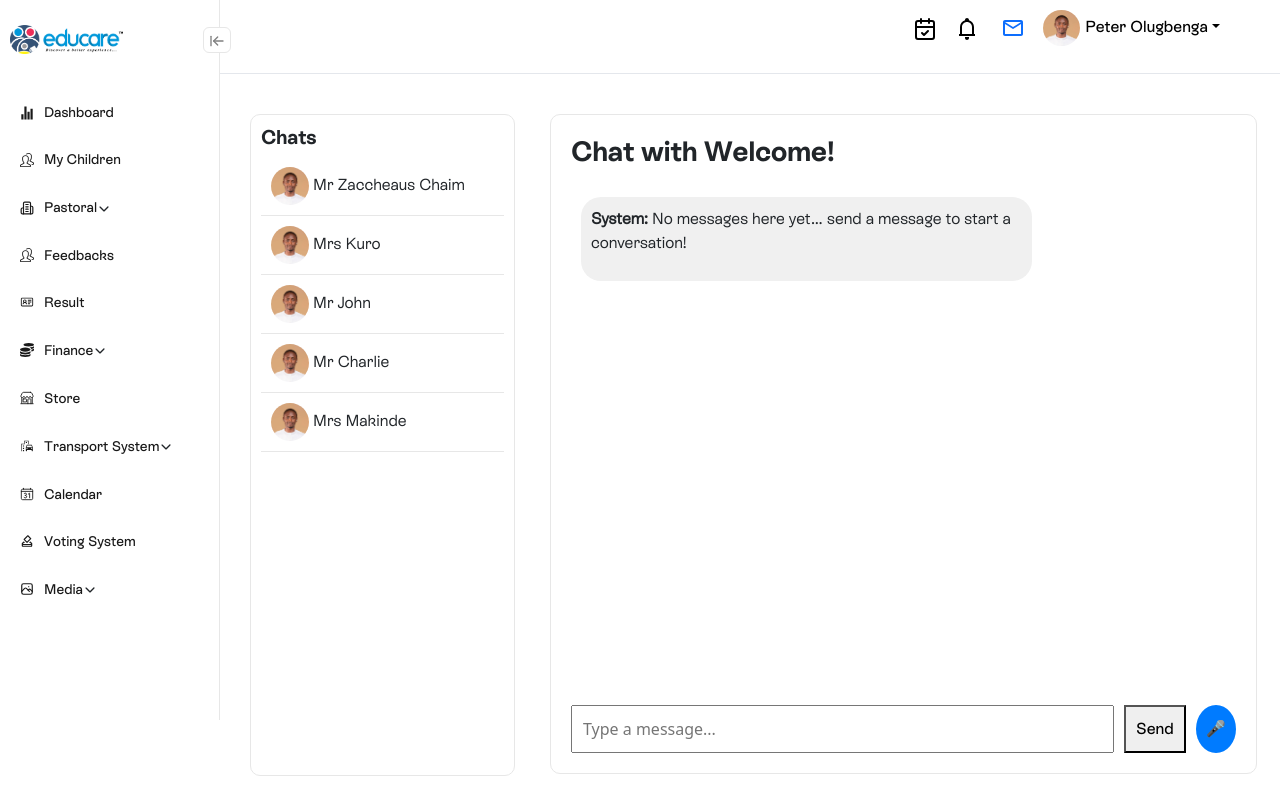
Repository: sarahnnanyelugo/educare-dashboards
Page: /chat-interface
The author's editor kept a copy of each file at every save. The page is drawn from the files as they stood at one save, then again after the next save.
The browser window is 1280 px wide. The pictures show the whole page.
The project was rebuilt for these pictures with package versions that can differ from the ones it lists, and the page was loaded fresh each time. Also part of the build but not shown: src/Dashboards/Parents/Feedbacks/feedbacks.scss, src/components/AppTable/table.scss, src/components/AppTable/AppTable.js, src/Utils/DataUtils.js, src/components/Select/select.scss, src/components/Select/Select.js, src/components/Search/search.scss, src/components/Search/Search.js and 50 more.

Above is the page before, as saved 2024-11-27 12:56:48.

### src/App.js
import logo from "./logo.svg";
import "./App.scss";
import "bootstrap/dist/css/bootstrap.min.css";
import { BrowserRouter, Routes, Route, Link, Outlet } from "react-router-dom";
import { ParentsLayout } from "./Layouts/ParentsLayout";
import { MainNews } from "./pages/NewsPage/MainNews/MainNews";
import { NewsPage } from "./pages/NewsPage/NewsPage";
function App() {
  return (
    <>
      {" "}
      <Routes>
        <Route path="/*" element={<ParentsLayout />} />{" "}
        <Route path="news-page" element={<NewsPage />} />
        <Route path="main-news/:blog_id" element={<MainNews />} />
      </Routes>
    </>
  );
}

export default App;

### src/App.scss
.App-link {
  color: #61dafb;
}

@keyframes App-logo-spin {
  from {
    transform: rotate(0deg);
  }
  to {
    transform: rotate(360deg);
  }
}
@font-face {
  font-family: rebondG;
  src: url(./assets/fonts/Rebond_font/RebondG.otf);
}
@font-face {
  font-family: rebondG-Bold;
  src: url(./assets/fonts/Rebond_font/RebondG-Bold.otf);
}
@font-face {
  font-family: rebondG-Semi-Bold;
  src: url(./assets/fonts/Rebond_font/Rebond-semibold.otf);
}
@font-face {
  font-family: rebondG-Medium;
  src: url(./assets/fonts/Rebond_font/RebondGrotesqueMedium.otf);
}
@font-face {
  font-family: rebondBook;
  src: url(./assets/fonts/Rebond_font/RebondG-Book.ttf);
}
@font-face {
  font-family: rebondLight;
  src: url(./assets/fonts/Rebond_font/RebondGLight.otf);
}
@font-face {
  font-family: rebondMI;
  src: url(./assets/fonts/Rebond_font/RebondGrotesqueMediumitalic.otf);
}
p,
small,
link {
  font-family: rebondBook;
}
h1,
h2,
h3,
h4,
h5,
h6 {
  font-family: rebondG-Bold;
}
a {
  font-family: rebondG-Medium;
  text-decoration: none !important;
}
.card {
  border: 1px solid #e7e7e7 !important;
  border-radius: 10px !important;
}
select {
  border: none;
  background: #fff;
  padding: 7px;
  border-radius: 10px;
  width: 95%;
  font-size: 14px !important;
  font-family: rebondBook !important;
}
hr {
  border: solid 1px #c0bebe !important;
}
.app-btn {
  margin-top: 30px;
  border: solid 1px #e7e7e7;
  border-radius: 36px;
  background: #0098da;
  color: #fff;
  font-family: rebondBook;
  padding: 5px 20px;
  margin-left: 10px;
}
button {
  font-family: rebondG-Medium !important;
}
.page-session {
  border: solid 1px #e7e7e7;
  padding: 20px;
  border-radius: 10px;
  margin-top: 30px;
}

### src/Layouts/ParentsLayout.js
import React from "react";
import { Routes, Route, Navigate } from "react-router-dom";
import { TopNav } from "../components/TopNav/TopNav";
import Feedbacks from "../Dashboards/Parents/Feedbacks/Feedbacks";
import { MainView } from "../Dashboards/Parents/MainView/MainView";
import { MyChildren } from "../Dashboards/Parents/MyChildren/MyChildren";
import ExeatRequests from "../Dashboards/Parents/Pastoral/ExeatRequests";
import HostelReport from "../Dashboards/Parents/Pastoral/HostelReport";
import PastoralReport from "../Dashboards/Parents/Pastoral/PastoralReport";
import { Result } from "../Dashboards/Parents/Result/Result";
import { SideNav } from "../components/SideNav/SideNav";
import { Wallet } from "../Dashboards/Parents/Finance/Wallet";
import { PocketMoney } from "../Dashboards/Parents/Finance/PocketMoney";
import { Invoices } from "../Dashboards/Parents/Finance/Invoices";
import { TransactionHistory } from "../Dashboards/Parents/Finance/TransactionHistory";
import { Store } from "../Dashboards/Parents/Store/Store";
import Event from "../Dashboards/Parents/Calendar/Calendar";
import { VotingSystem } from "../Dashboards/Parents/VotingSystem/VotingSystem";
import { TransportSystem } from "../Dashboards/Parents/TransportSystem/TransportSystem";
import PhotoJournal from "../Dashboards/Parents/Media/PhotoJournals";
import TaggedPost from "../Dashboards/Parents/Media/TaggedPost";
import ChatInterface from "../components/TopNav/ChatInterface/ChatInterface";
export const ParentsLayout = () => {
  return (
    <>
      <div className="d-md-flex">
        <div className="col-md-">
          <SideNav />
        </div>
        <div className="container-fluid" style={{ padding: "0px 0px" }}>
          <TopNav />
          <Routes>
            <Route path="/" element={<MainView />} />{" "}
            <Route path="/my-children" element={<MyChildren />} />{" "}
            <Route path="/result" element={<Result />} />{" "}
            <Route path="/feedbacks" element={<Feedbacks />} />{" "}
            <Route path="/pastoral-report" element={<PastoralReport />} />{" "}
            <Route path="/exeat-requests" element={<ExeatRequests />} />{" "}
            <Route path="/hostel-report" element={<HostelReport />} />{" "}
            <Route path="/wallet" element={<Wallet />} />{" "}
            <Route path="/pocket-money" element={<PocketMoney />} />{" "}
            <Route path="/invoices" element={<Invoices />} />{" "}
            <Route path="/store" element={<Store />} />{" "}
            <Route path="/calendar" element={<Event />} />{" "}
            <Route path="/chat-interface" element={<ChatInterface />} />{" "}
            <Route
              path="/transaction-history"
              element={<TransactionHistory />}
            />{" "}
            <Route path="/voting-system" element={<VotingSystem />} />{" "}
            <Route path="/transport-system" element={<TransportSystem />} />{" "}
            <Route path="/photo-journals" element={<PhotoJournal />} />{" "}
            <Route path="/tagged-posts" element={<TaggedPost />} />{" "}
          </Routes>
        </div>
      </div>
    </>
  );
};

### src/components/TopNav/TopNav.js
import React from "react";
import "./top-nav.scss";
import { LuCalendarCheck } from "react-icons/lu";
import { CgBell } from "react-icons/cg";
import { MdOutlineEmail } from "react-icons/md";
import Container from "react-bootstrap/Container";
import Nav from "react-bootstrap/Nav";
import Navbar from "react-bootstrap/Navbar";
import Icon5 from "../../assets/images/peter.png";
import { FaRegUser } from "react-icons/fa";

import Dropdown from "react-bootstrap/Dropdown";
import { IoIosLogOut } from "react-icons/io";
import { Link } from "react-router-dom";

export const TopNav = () => {
  return (
    <div className="top-nav-container">
      <ul className="list-inline">
        <li className="list-inline-item">
          <div className="profile-drop profile-drop2">
            <Dropdown>
              <Dropdown.Toggle>
                <LuCalendarCheck style={{ fontSize: "24px" }} />
              </Dropdown.Toggle>

              <Dropdown.Menu>
                <Dropdown.Item href="/dashboard-selector">
                  <h6>Unapproved Results</h6>
                </Dropdown.Item>
                <hr />
              </Dropdown.Menu>
            </Dropdown>
          </div>
        </li>
        <li className="list-inline-item">
          <div className="profile-drop profile-drop2">
            <Dropdown>
              <Dropdown.Toggle>
                <CgBell style={{ fontSize: "24px" }} />
              </Dropdown.Toggle>

              <Dropdown.Menu>
                <Dropdown.Item href="/dashboard-selector">
                  <h6>Notifications</h6>
                </Dropdown.Item>
                <hr />
              </Dropdown.Menu>
            </Dropdown>
          </div>
        </li>{" "}
        <li className="list-inline-item">
          <Link to={"/chat-interface"}>
            {" "}
            <MdOutlineEmail style={{ fontSize: "24px" }} />
          </Link>
        </li>
        <li className="list-inline-item">
          <div className="profile-drop">
            <Dropdown>
              <Dropdown.Toggle>
                <img src={Icon5} width="37px" />
                Peter Olugbenga
              </Dropdown.Toggle>

              <Dropdown.Menu>
                <Dropdown.Item href="/dashboard-selector">
                  <h6> Peter Olugbenga</h6>
                  <small>olasunkanifiness@gmail.com</small>
                </Dropdown.Item>
                <hr />
                <Dropdown.Item>
                  <FaRegUser style={{ marginRight: "10px" }} />
                  Profile
                </Dropdown.Item>
                <Dropdown.Item>
                  <IoIosLogOut style={{ marginRight: "10px" }} />
                  Sign out
                </Dropdown.Item>
              </Dropdown.Menu>
            </Dropdown>
          </div>
        </li>
      </ul>
    </div>
  );
};

### src/components/TopNav/ChatInterface/ChatInterface.js
import React, { useState } from "react";
import { ChatWindow } from "./ChatWindow";
import Contacts from "./Contacts";
import { contacts, messages } from "../../../TestData/chatContactData";

const ChatInterface = () => {
  const [selectedContactId, setSelectedContactId] = useState(null);

  // Default message for when no contact is selected
  const defaultMessages = [
    {
      sender: "System",
      text: "No messages here yet… send a message to start a conversation!",
    },
  ];

  const currentMessages = selectedContactId
    ? messages[selectedContactId]
    : defaultMessages;
  const currentContactName = selectedContactId
    ? contacts.find((c) => c.id === selectedContactId).name
    : "Welcome!";

  return (
    <div className="chat-interface">
      <Contacts
        contacts={contacts}
        onSelectContact={setSelectedContactId}
        activeContactId={selectedContactId}
      />
      <ChatWindow
        messages={currentMessages}
        selectedContact={currentContactName}
      />
    </div>
  );
};

export default ChatInterface;

### src/components/TopNav/top-nav.scss
.top-nav-container {
  height: 74px;
  border-bottom: solid 1px #e4e7ec;
  //   padding-top: 20px;
  padding-right: 50px;
  ul {
    float: right;
    li {
      margin: 10px;
    }
  }
  .profile-drop {
    .btn {
      padding: 0;
      background: #fff !important;
      border: none !important;
      color: #000;
      font-family: rebondG-Medium;
      font-size: 16px;
      img {
        border-radius: 100%;
        margin-right: 5px;
      }
    }
    .dropdown-menu {
      border: solid 1px #d0d5dd;
      font-family: montM;
      box-shadow: 0px 1px 3px #1018281a;
      border: 1px solid #e4e7ec;
      border-radius: 10px;
      min-height: 150px;
      width: 230px !important;
      padding: 5px 10px;
      font-size: 14px;
      a {
        padding: 10px;
      }
      h6 {
        margin-bottom: 0;
      }
      small {
        color: #9d9ea1;
        font-size: 12px;
      }
      hr {
        border: solid 1px #d0d5dd;
        margin-top: 0;
        margin-bottom: 0;
      }
    }
  }
}
.profile-drop2 {
  .dropdown-toggle::after {
    display: none;
  }
}

### src/components/SideNav/SidebarData.js
import React from "react";
import * as FaIcons from "react-icons/fa";
import * as AiIcons from "react-icons/ai";
import * as IoIcons from "react-icons/io";

export const SidebarData = [
  {
    name: "Dashboard",
    icon: "IoStatsChartSharp",
    url: "/",
  },
  {
    name: "My Children",
    icon: "SlPeople",
    url: "/my-children",
  },
  {
    name: "Pastoral",
    icon: "LuBuilding2",
    url: "/pastoral",
    accordion: true,
    accordionContent: [
      { name: "Pastoral Report", url: "/pastoral-report" },
      { name: "Exeat Requests", url: "/exeat-requests" },
      { name: "Hostel Report", url: "/hostel-report" },
    ],
  },
  {
    name: "Feedbacks",
    icon: "SlPeople",
    url: "/feedbacks",
  },
  {
    name: "Result",
    icon: "LiaIdCardSolid",
    url: "/result",
  },
  {
    name: "Finance",
    icon: "FaCoins",
    url: "/finance",
    accordion: true,
    accordionContent: [
      { name: "Wallet", url: "/wallet" },
      { name: "Pocket Money", url: "/pocket-money" },
      { name: "Invoices", url: "/invoices" },
      { name: "Transaction History", url: "/transaction-history" },
    ],
  },
  {
    name: "Store",
    icon: "IoStorefrontOutline",
    url: "/store",
  },
  {
    name: "Transport System",
    icon: "MdOutlineEmojiTransportation",
    accordion: true,
    accordionContent: [
      { name: "Bus", url: "/transport-system" },
      { name: "Pickup", url: "/pickup" },
    ],
  },
  {
    name: "Calendar",
    icon: "IoCalendarNumberOutline",
    url: "/calendar",
  },
  {
    name: "Voting System",
    icon: "MdOutlineHowToVote",
    url: "/voting-system",
  },
  {
    name: "Media",
    icon: "TbPhoto",

    accordion: true,
    accordionContent: [
      { name: "Photo Journals", url: "/photo-journals" },
      { name: "Tagged Posts", url: "/tagged-posts" },
    ],
  },
];

### src/components/SideNav/side-nav.scss
.side-nav-div {
  background: rgb(255, 255, 255);
  padding: 0 !important;

  .nav-inner {
    padding: 25px 5px 5px 10px;
    display: flex;
    align-items: center;
  }
  border-right: 1px solid #e7e7e7;
  a {
    color: #191919;
    font-size: 14px;

    border-radius: 6px;
  }
  ul {
    // background: red;
    li {
      margin: 5px 15px !important;
      padding: 8px 10px 8px 5px;
      &:hover {
        border-radius: 6px;

        background: #fafafa;
      }
    }
  }
  .list-group-item {
    margin: 5px 15px !important;
    padding: 8px 10px 8px 5px;
    border: none;
    &:hover {
      border-radius: 6px;

      background: #fafafa;
    }
  }
  ol {
    // background: red;
    li {
      &:hover {
        background: #fafafa;
        border-radius: 6px;
      }
    }
  }
  .accordion-button {
    padding: 3px 0 3px 0px !important;
    margin-left: 0 !important;
    font-size: 14px;
    font-family: rebondG-Medium !important;

    background: transparent !important;
    width: 100% !important;
  }
  .accordion-body {
    border-left: 1px solid #e7e7e7;
    margin-top: 20px;
    padding: 0 !important;
    ol {
      li {
        font-size: 10px;
      }
    }
  }
  .accordion-button:not(.collapsed) {
    border-bottom: 0 !important;
    width: 100% !important;
  }
  .accordion-button::after {
    display: none;
  }
  .accordion-item {
    border: none !important;
  }
  .active-link {
    color: #0098da; /* Change to your desired active link color */
    font-weight: bold;
    padding: 8px 10px 8px 5px;
    font-size: 14px;
    background-color: #e6f7ff;
    width: 100% !important;
  }
}
.link-span {
  width: 100% !important;
}

### src/components/TopNav/ChatInterface/ChatWindow.js
import React, { useState, useEffect } from "react";
import "./chat.scss";
const formatTime = (date) => {
  const hours = date.getHours();
  const minutes = date.getMinutes();
  const ampm = hours >= 12 ? "PM" : "AM";
  const formattedHours = hours % 12 || 12; // Convert 24-hour to 12-hour
  const formattedMinutes = minutes < 10 ? "0" + minutes : minutes;
  return `${formattedHours}:${formattedMinutes} ${ampm}`;
};
export const ChatWindow = ({ messages, selectedContact }) => {
  const [chatMessages, setChatMessages] = useState([]);
  const [newMessage, setNewMessage] = useState("");
  const [recording, setRecording] = useState(false);
  const [mediaRecorder, setMediaRecorder] = useState(null);
  const [audioChunks, setAudioChunks] = useState([]);
  useEffect(() => {
    setChatMessages(messages);
  }, [messages]);
  useEffect(() => {
    console.log(audioChunks);
  }, [audioChunks]);
  const handleSend = () => {
    if (newMessage.trim()) {
      // Get the current time when the message is sent
      const currentTime = formatTime(new Date());

      const newChatMessage = {
        sender: "You",
        text: newMessage,
        time: currentTime,
      };

      // Add the new message to the chat messages
      setChatMessages((prevMessages) => [...prevMessages, newChatMessage]);

      // Clear the input box after sending the message
      setNewMessage("");
    }
  };
  const handleStartRecording = async () => {
    try {
      const stream = await navigator.mediaDevices.getUserMedia({ audio: true });
      console.log("Microphone access granted.");

      const recorder = new MediaRecorder(stream);
      const chunks = [];

      recorder.ondataavailable = (event) => {
        if (event.data.size > 0) {
          console.log("Audio chunk received:", event.data);
          chunks.push(event.data);
        }
      };

      recorder.onstop = () => {
        if (chunks.length > 0) {
          console.log("Recording stopped. Creating audio blob...");
          const audioBlob = new Blob(chunks, { type: "audio/webm" });
          const audioUrl = URL.createObjectURL(audioBlob);

          // Add audio message to the chat
          const currentTime = formatTime(new Date());
          setChatMessages((prevMessages) => [
            ...prevMessages,
            {
              sender: "You",
              text: null,
              audio: audioUrl,
              time: currentTime,
            },
          ]);
        } else {
          console.error("No audio data captured.");
        }
      };

      recorder.start();
      console.log("Recording started.");
      setMediaRecorder(recorder);
      setRecording(true);
    } catch (error) {
      console.error("Error accessing microphone:", error);
      alert("Microphone access is required for voice recording.");
    }
  };
  const handleStopRecording = () => {
    if (mediaRecorder) {
      mediaRecorder.stop();
      setRecording(false);
    }
  };

  return (
    <div className="chat-window card col-md-8">
      <h3>Chat with {selectedContact}</h3>
      <div className="message-list">
        {chatMessages.map((msg, index) => (
          <div
            key={index}
            className={`message ${msg.sender === "You" ? "sent" : "received"}`}
          >
            {msg.text ? (
              <p>
                <strong>{msg.sender}:</strong> {msg.text}
              </p>
            ) : (
              <audio controls>
                <source src={msg.audio} type="audio/webm" />
              </audio>
            )}
            <span className="message-time">{msg.time}</span>
          </div>
        ))}
      </div>
      <div className="input-box">
        <input
          type="text"
          value={newMessage}
          onChange={(e) => setNewMessage(e.target.value)}
          placeholder="Type a message..."
        />
        <button onClick={handleSend}>Send</button>
        <button
          onClick={recording ? handleStopRecording : handleStartRecording}
          className={`record-button ${recording ? "recording" : ""}`}
        >
          🎤
        </button>
      </div>
    </div>
  );
};

### src/components/TopNav/ChatInterface/Contacts.js
import React from "react";
const Contacts = ({ contacts, onSelectContact, activeContactId }) => {
  return (
    <div className="col-md-3 cover">
      {" "}
      <div className="chat-contacts card col-md-12">
        <h5>Chats</h5>
        <ul>
          {contacts.map((contact) => (
            <li
              key={contact.id}
              className={contact.id === activeContactId ? "active" : ""}
              onClick={() => onSelectContact(contact.id)}
            >
              <img src={contact.profilePicture} width="38px" height="38px" />{" "}
              {contact.name}
            </li>
          ))}
        </ul>
      </div>
    </div>
  );
};

export default Contacts;

### src/TestData/chatContactData.js
import Img1 from "../assets/images/peter.png";

export const contacts = [
  { id: 1, name: "Mr Zaccheaus Chaim", profilePicture: Img1 },
  { id: 2, name: "Mrs Kuro", profilePicture: Img1 },
  { id: 3, name: "Mr John", profilePicture: Img1 },
  { id: 4, name: "Mr Charlie", profilePicture: Img1 },
  { id: 5, name: "Mrs Makinde", profilePicture: Img1 },
];

export const messages = {
  1: [
    { sender: "Mr Zaccheaus Chaim", text: "Hi there!" },
    { sender: "You", text: "Hello Alice!" },
  ],
  2: [
    { sender: "Mrs Kuro", text: "How are you?" },
    { sender: "You", text: "I'm good, thanks!" },
  ],
  3: [
    { sender: "Mr John", text: "Hey, long time no see!" },
    { sender: "You", text: "Yeah, it's been a while." },
  ],

  4: [
    { sender: "Mr Charlie", text: "Hey, long time no see!" },

    { sender: "You", text: "Yeah, it's been a while." },
  ],
  5: [
    { sender: "Mrs Makinde", text: "Hey, long time no see!" },
    { sender: "You", text: "Yeah, it's been a while." },
  ],
};

### src/components/TopNav/ChatInterface/chat.scss
.chat-interface {
  display: flex;
  width: 100%;
  height: 100vh;
}
.chat-contacts {
  //   width: 25%;
  background-color: #fff;
  padding: 10px;
  border-right: 1px solid #ddd;
  margin-top: 40px;
  margin: 40px 20px 20px 30px;
  height: 92vh;

  img {
    border-radius: 100%;
  }
  ul {
    list-style: none;
    padding: 0;
    margin: 0;
  }
  li {
    padding: 10px;
    cursor: pointer;

    font-family: rebondBook;
    border-bottom: solid 1px #e7e7e7;
    &:hover {
      background-color: #f0f0f0;
    }
  }
}
.chat-contacts li.active {
  background-color: #0098da;
  color: white;
  font-weight: bold;
  border-radius: 12px;
}
.chat-window {
  padding: 20px;
  display: flex;
  flex-direction: column;
  margin-top: 40px;
  margin: 40px 20px 20px 65px;
}

.message-list {
  flex: 1;
  overflow-y: auto;
  margin-bottom: 10px;
}

.message {
  padding: 10px;
  margin-bottom: 5px;
}

.message.sent {
  align-self: flex-end;
  background-color: #cef0ff;
  color: #000;
}

.message.received {
  align-self: flex-start;
  background-color: #f7f7f7;
  border-radius: 20px;
}

.input-box {
  display: flex;
}

.input-box input {
  flex: 1;
  padding: 10px;
}

.input-box button {
  padding: 10px;
}
.no-messages {
  text-align: center;
  color: #888;
  font-style: italic;
  margin: 20px 0;
}
.message {
  margin: 10px 0;
  padding: 10px;
  border-radius: 5px;
  max-width: 70%;
}

.message.sent {
  background-color: #e1ffc7;
  align-self: flex-end;
  text-align: right;
}

.message.received {
  background-color: #f0f0f0;
  align-self: flex-start;
  text-align: left;
}

.message-list {
  display: flex;
  flex-direction: column;
  gap: 10px;
  overflow-y: auto;
  padding: 10px;
  flex: 1;
  //   max-height: 400px; /* Adjust based on your layout */
}

.input-box {
  display: flex;
  gap: 10px;
  margin-top: 10px;
}
/* Recording button styles */
.record-button {
  background-color: #007bff;
  color: white;
  border: none;
  padding: 10px;
  border-radius: 50%;
  cursor: pointer;
}

.record-button.recording {
  background-color: #ff4d4d;
  animation: pulse 1s infinite;
}

@keyframes pulse {
  0% {
    transform: scale(1);
  }
  50% {
    transform: scale(1.1);
  }
  100% {
    transform: scale(1);
  }
}
// .covering {
//   padding: 10px;
//   height: 600px;
//   height: 100vh;
// }

Loaded but not shown: public/index.html (common file); src/index.js (common file); src/index.css (common file); src/reportWebVitals.js (common file); src/components/SideNav/SideNav.js (225 lines, source omitted); src/Dashboards/Parents/TransportSystem/transport-system.scss (no stored copy; drawn as an empty file)

After the next save:
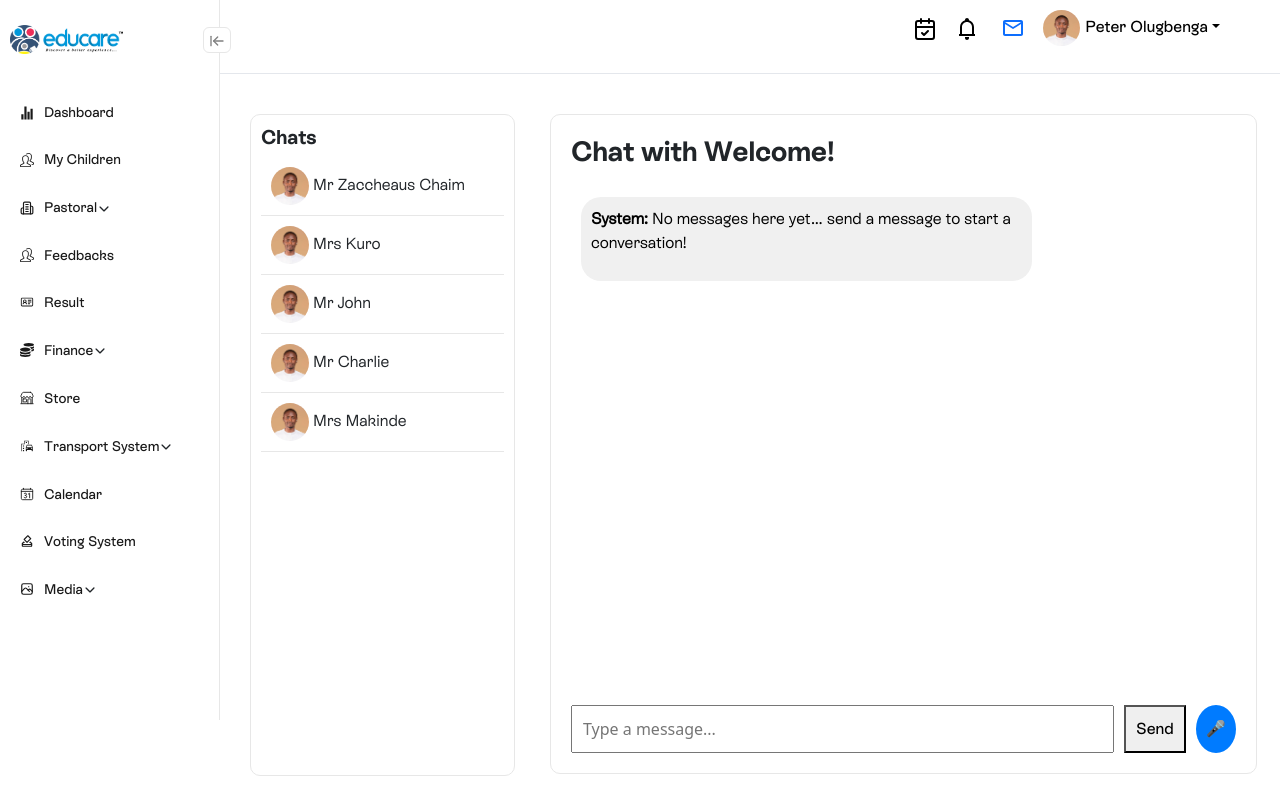
Saved 13 s later.
--- a/src/components/TopNav/ChatInterface/chat.scss
+++ b/src/components/TopNav/ChatInterface/chat.scss
@@ -60,12 +60,14 @@
   align-self: flex-end;
   background-color: #cef0ff;
   color: #000;
+  border-radius: 20px;
 }
 
 .message.received {
   align-self: flex-start;
   background-color: #f7f7f7;
   border-radius: 20px;
+  color: #000;
 }
 
 .input-box {
